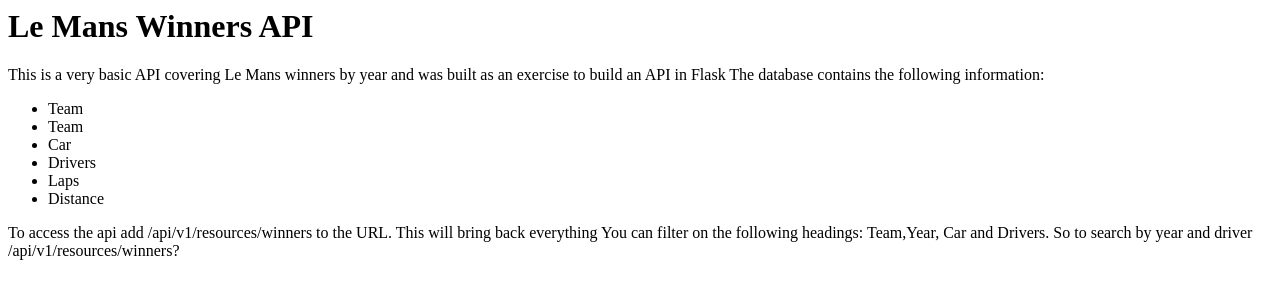
Repository: tidders2000/api_example
Page: http://localhost/
The author's editor kept a record of every edit. The page is drawn from the files as they stood at one moment, then again after the next edit.
The browser window is 1280 px wide. The pictures show the whole page.
The page is served by the project's application, run on Flask 3 (app.py).

Above is the page before.

### templates/winners.html

<div class="row">
    <h1>Le Mans Winners API</h1>

    <p>
        This is a very basic API covering Le Mans winners by year and was built as an exercise to build an API in Flask
        The database contains the following information:
            <ul>
                <li>Team</li>
                <li>Team</li>
                <li>Car</li>
                <li>Drivers</li>
                <li>Laps</li>
                <li>Distance</li>
            </ul>


    </p>
    To access the api add  /api/v1/resources/winners to the URL. This will bring back everything
    You can filter on the following headings: Team,Year, Car and Drivers. So to search by year and driver

     /api/v1/resources/winners?

    <p>


    </p>


</div>

### app.py
import os
from flask import Flask,render_template, redirect, request, url_for, request, jsonify
from bson.json_util import dumps
app = Flask(__name__)

from flask_pymongo import PyMongo
app.config["MONGO_URI"]=os.getenv("MONGO_URI")
app.config["MONGO_DBNAME"] = 'leMans'

mongo = PyMongo(app)

@app.route('/')

def inst():
    return render_template("winners.html")



@app.route('/api/v1/resources/winners/all', methods=['GET'])
def api_all():
    winners=dumps(mongo.db.winners.find())

    return jsonify(winners)

@app.route('/api/v1/resources/winners', methods=['GET'])
def api_filter():
    query_parameters = request.args
    search_var={}
    year = query_parameters.get('year')
    team = query_parameters.get('team')
    car = query_parameters.get('car')
    drivers=query_parameters.get('driver')

    if year:
       search_var.update( {'year' : year} )
    if team:
       search_var.update( {'team' : team} )
    if car:
       search_var.update( {'car' : car} )
    if drivers:

       search_var.update( {'drivers' : drivers} )

    winners=dumps(mongo.db.winners.find(search_var))


    return jsonify(winners)
if __name__=='__main__':

    app.run(host=os.environ.get('IP'),
            port=int(os.environ.get('PORT')),
            debug=True)

After the next edit:
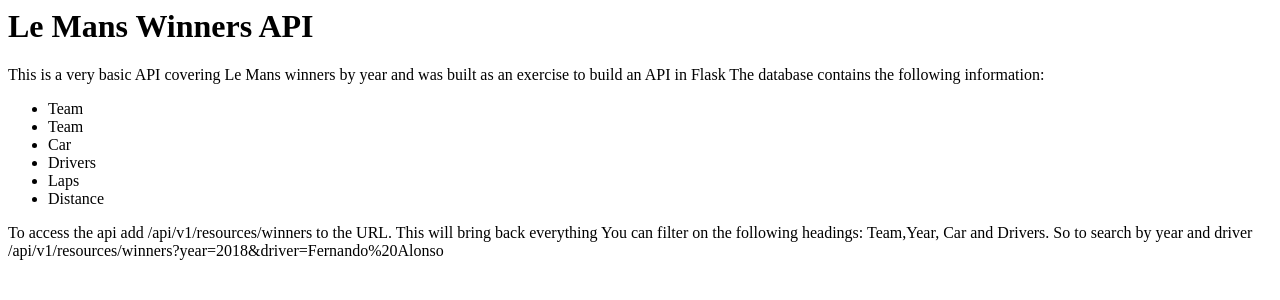
The edit:
--- a/templates/winners.html
+++ b/templates/winners.html
@@ -19,7 +19,7 @@
     To access the api add  /api/v1/resources/winners to the URL. This will bring back everything
     You can filter on the following headings: Team,Year, Car and Drivers. So to search by year and driver
 
-     /api/v1/resources/winners?
+     /api/v1/resources/winners?year=2018&driver=Fernando%20Alonso
 
     <p>
 
